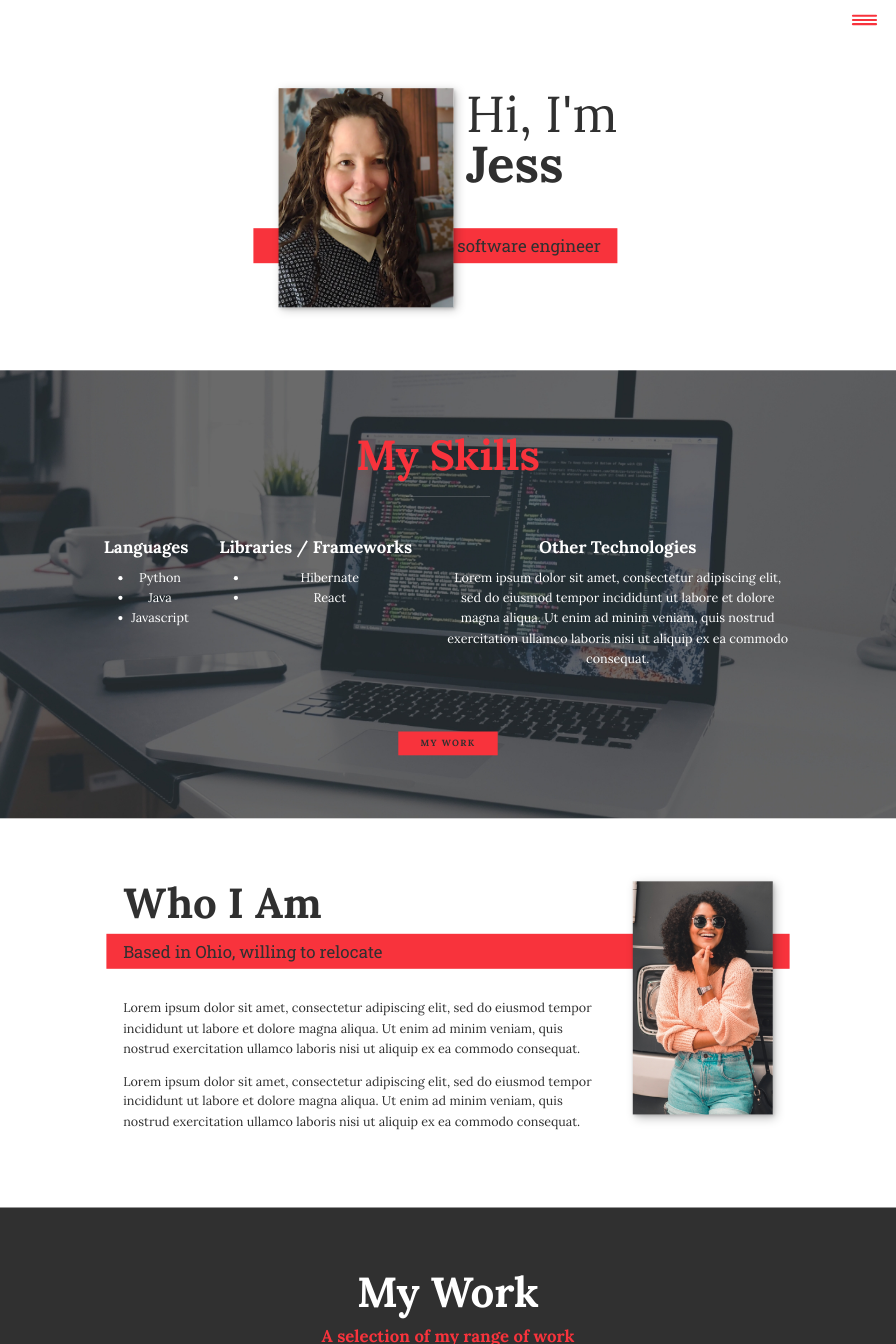
Repository: DinoDime/site
Page: index.html
These files come from the project's save history. The page is drawn as it stood at one moment and after the next save; the edit follows.
The browser window is 1280 px wide. The pictures show the part of the page from y = 0 to 1920 px (the page is 3217 px tall), at 70% of full size.
Some web libraries are served in a nearby version.

Above is the page before, as saved 2021-05-02 07:31:20.

### index.html
<!DOCTYPE html>
<html lang="en">
  <head>
    <link
      rel="stylesheet"
      href="https://cdnjs.cloudflare.com/ajax/libs/normalize/8.0.1/normalize.css"
    />
    <meta charset="UTF-8" />
    <meta name="viewport" content="width=device-width, initial-scale=1.0" />
    <title>Jess Perschke</title>
    <link
      rel="stylesheet"
      href="https://cdnjs.cloudflare.com/ajax/libs/normalize/7.0.0/normalize.min.css"
    />
    <link
      rel="stylesheet"
      href="https://cdnjs.cloudflare.com/ajax/libs/font-awesome/5.11.2/css/all.css"
      integrity="sha256-46qynGAkLSFpVbEBog43gvNhfrOj+BmwXdxFgVK/Kvc="
      crossorigin="anonymous"
    />

    <!-- Update these with your own fonts -->
    <link
      href="https://fonts.googleapis.com/css?family=Lora:400,700|Roboto+Slab:400,700&display=swap"
      rel="stylesheet"
    />

    <link rel="stylesheet" href="css/style.css" />
  </head>
  <body>
    <header>
      <button class="nav-toggle" aria-label="toggle navigation">
        <span class="hamburger"></span>
      </button>
      <nav class="nav">
        <ul class="nav__list">
          <li class="nav__item"><a href="#home" class="nav__link">Home</a></li>
          <li class="nav__item">
            <a href="#services" class="nav__link">Experience and Resume</a>
          </li>
          <li class="nav__item">
            <a href="#about" class="nav__link">About Me</a>
          </li>
          <li class="nav__item">
            <a href="#work" class="nav__link">My Work</a>
          </li>
        </ul>
      </nav>
    </header>

    <!-- Introduction -->
    <section class="intro" id="home">
      <h1 class="section__title section__title--intro">
        Hi, I'm <strong>Jess</strong>
      </h1>
      <p class="section__subtitle section__subtitle--intro">
        software engineer
      </p>
      <img
        src="img/jess.jpg"
        alt="a picture of Jess Perschke smiling"
        class="intro__img"
      />
    </section>

    <section class="my-services" id="services">
      <h2 class="section__title section__title--services">My Skills</h2>
      <div class="services">
        <div class="service">
          <h3>Languages</h3>
          <ul>
            <li>Python</li>
            <li>Java</li>
            <li>Javascript</li>
          </ul>
        </div>

        <div class="service">
          <h3>Libraries / Frameworks</h3>
          <ul>
            <li>Hibernate</li>
            <li>React</li>
          </ul>
        </div>

        <div class="service">
          <h3>Other Technologies</h3>
          <p>
            Lorem ipsum dolor sit amet, consectetur adipiscing elit, sed do
            eiusmod tempor incididunt ut labore et dolore magna aliqua. Ut enim
            ad minim veniam, quis nostrud exercitation ullamco laboris nisi ut
            aliquip ex ea commodo consequat.
          </p>
        </div>
        <!-- / service -->
      </div>
      <!-- / services -->

      <a href="#work" class="btn">My Work</a>
    </section>

    <!-- About me -->
    <section class="about-me" id="about">
      <h2 class="section__title section__title--about">Who I Am</h2>
      <class class="section__subtitle section__subtitle--about">
        Based in Ohio, willing to relocate
      </class>

      <div class="about-me__body">
        <p>
          Lorem ipsum dolor sit amet, consectetur adipiscing elit, sed do
          eiusmod tempor incididunt ut labore et dolore magna aliqua. Ut enim ad
          minim veniam, quis nostrud exercitation ullamco laboris nisi ut
          aliquip ex ea commodo consequat.
        </p>
        <p>
          Lorem ipsum dolor sit amet, consectetur adipiscing elit, sed do
          eiusmod tempor incididunt ut labore et dolore magna aliqua. Ut enim ad
          minim veniam, quis nostrud exercitation ullamco laboris nisi ut
          aliquip ex ea commodo consequat.
        </p>
      </div>

      <img
        src="img/dev-jane-02.jpg"
        alt="Jane leaning against a bus"
        class="about-me__img"
      />
    </section>

    <!-- My Work -->
    <section class="my-work" id="work">
      <h2 class="section__title section__title--work">My Work</h2>
      <p class="section__subtitle section__subtitle--work">
        A selection of my range of work
      </p>

      <div class="portfolio">
        <!-- Portfolio item 01 -->
        <a href="portfolio-item.html" class="portfolio__item">
          <img src="img/portfolio-01.jpg" alt="" class="portfolio__img" />
        </a>

        <!-- Portfolio item 02 -->
        <a href="portfolio-item.html" class="portfolio__item">
          <img src="img/portfolio-02.jpg" alt="" class="portfolio__img" />
        </a>

        <!-- Portfolio item 03 -->
        <a href="portfolio-item.html" class="portfolio__item">
          <img src="img/portfolio-03.jpg" alt="" class="portfolio__img" />
        </a>

        <!-- Portfolio item 04 -->
        <a href="portfolio-item.html" class="portfolio__item">
          <img src="img/portfolio-04.jpg" alt="" class="portfolio__img" />
        </a>

        <!-- Portfolio item 05 -->
        <a href="portfolio-item.html" class="portfolio__item">
          <img src="img/portfolio-05.jpg" alt="" class="portfolio__img" />
        </a>

        <!-- Portfolio item 06 -->
        <a href="portfolio-item.html" class="portfolio__item">
          <img src="img/portfolio-06.jpg" alt="" class="portfolio__img" />
        </a>

        <!-- Portfolio item 07 -->
        <a href="portfolio-item.html" class="portfolio__item">
          <img src="img/portfolio-07.jpg" alt="" class="portfolio__img" />
        </a>

        <!-- Portfolio item 08 -->
        <a href="#" class="portfolio__item">
          <img src="img/portfolio-08.jpg" alt="" class="portfolio__img" />
        </a>

        <!-- Portfolio item 09 -->
        <a href="#" class="portfolio__item">
          <img src="img/portfolio-09.jpg" alt="" class="portfolio__img" />
        </a>

        <!-- Portfolio item 0 0-->
        <a href="#" class="portfolio__item">
          <img src="img/portfolio-10.jpg" alt="" class="portfolio__img" />
        </a>
      </div>
    </section>

    <!-- Footer -->
    <footer class="footer">
      <!-- replace with your own email address -->
      <a href="mailto:jessicaperschke@mailbox.org" class="footer__link"
        >jessicaperschke@mailbox.org</a
      >
      <ul class="social-list">
        <li class="social-list__item">
          <a class="social-list__link" href="https://github.com">
            <i class="fab fa-github"></i>
          </a>
        </li>
      </ul>
    </footer>

    <script src="js/index.js"></script>
  </body>
</html>

### css/style.css
*,
*::before,
*::after {
    box-sizing: border-box;
}

/* Custom Properties, update these for your own design */

:root {
    --ff-primary: 'Lora', serif;
    --ff-secondary: 'Roboto Slab', serif;

    --fw-reg: 400;
    --fw-bold: 700;

    --clr-light: #fff;
    --clr-dark: #303030;
    --clr-accent: #f8333c;

    --fs-h1: 3rem;
    --fs-h2: 2.25rem;
    --fs-h3: 1.25rem;
    --fs-body: 1rem;

    --bs: 0.25em 0.25em 0.75em rgba(0,0,0,.25),
          0.125em 0.125em 0.25em rgba(0,0,0,.15);
}

@media (min-width: 800px) {
    :root {
        --fs-h1: 4.5rem;
        --fs-h2: 3.75rem;
        --fs-h3: 1.5rem;
        --fs-body: 1.125rem;
    }
}

/* General styles */

/* endable this to add smooth scrolling */
/* html {
    scroll-behavior: smooth;
} */


body {
    background: var(--clr-light);
    color: var(--clr-dark);
    margin: 0;
    font-family: var(--ff-primary);
    font-size: var(--fs-body);
    line-height: 1.6;
}

section {
    padding: 5em 2em;
}

img {
    display: block;
    max-width: 100%;
}

strong { font-weight: var(--fw-bold) }

:focus {
    outline: 3px solid var(--clr-accent);
    outline-offset: 3px;
}

/* Buttons */

.btn {
    display: inline-block;
    padding: .5em 2.5em;
    background: var(--clr-accent);
    color: var(--clr-dark);
    text-decoration: none;
    cursor: pointer;
    font-size: .8rem;
    text-transform: uppercase;
    letter-spacing: 2px;
    font-weight: var(--fw-bold);
    transition: transform 200ms ease-in-out;
}

.btn:hover {
    transform: scale(1.1);
}

/* Typography */

h1,
h2,
h3 {
    line-height: 1;
    margin: 0;
}

h1 { font-size: var(--fs-h1) }
h2 { font-size: var(--fs-h2) }
h3 { font-size: var(--fs-h3) }


.section__title {
    margin-bottom: .25em;
}

.section__title--intro {
    font-weight: var(--fw-reg);
}

.section__title--intro strong {
    display: block;
}

.section__subtitle {
    margin: 0;
    font-size: var(--fs-h3);
}

.section__subtitle--intro,
.section__subtitle--about {
    background: var(--clr-accent);
    padding: .25em 1em;
    font-family: var(--ff-secondary);
    margin-bottom: 1em;
}

.section__subtitle--work {
    color: var(--clr-accent);
    font-weight: var(--fw-bold);
    margin-bottom: 2em;
}

/* header */

header {
    display: flex;
    justify-content: space-between;
    padding: 1em;
}

.logo {
    max-width: 100px;
}

.nav {
    position: fixed;
    background: var(--clr-dark);
    color: var(--clr-light);
    top: 0;
    bottom: 0;
    left: 0;
    right: 0;
    z-index: 100;

    transform: translateX(100%);
    transition: transform 250ms cubic-bezier(.5, 0, .5, 1);
}

.nav__list {
    list-style: none;
    display: flex;
    height: 100%;
    flex-direction: column;
    justify-content: space-evenly;
    align-items: center;
    margin: 0;
    padding: 0;
}

.nav__link {
    color: inherit;
    font-weight: var(--fw-bold);
    font-size: var(--fs-h2);
    text-decoration: none;
}

.nav__link:hover {
    color: var(--clr-accent);
}

.nav-toggle {
    padding: .5em;
    background: transparent;
    border: 0;
    cursor: pointer;
    position: absolute;
    right: 1em;
    top: 1em;
    z-index: 1000;
}

.nav-open .nav {
    transform: translateX(0);
}

.nav-open .nav-toggle {
    position: fixed;
}

.nav-open .hamburger {
    transform: rotate(.625turn);
}

.nav-open .hamburger::before {
    transform: rotate(90deg) translateX(-6px);
}

.nav-open .hamburger::after {
    opacity: 0;
}






.hamburger {
    display: block;
    position: relative;
}

.hamburger,
.hamburger::before,
.hamburger::after {
    background: var(--clr-accent);
    width: 2em;
    height: 3px;
    border-radius: 1em;
    transition: transform 250ms ease-in-out;
}


.hamburger::before,
.hamburger::after {
    content: '';
    position: absolute;
    left: 0;
    right: 0;
}

.hamburger::before { top: 6px; }
.hamburger::after { bottom: 6px; }


/*  Intro section  */

.intro {
    position: relative;
}

.intro__img {
    box-shadow: var(--bs);
}

.section__subtitle--intro {
    display: inline-block;
}

@media (min-width: 600px) {
    .intro {
        display: grid;
        width: min-content;
        margin: 0 auto;
        grid-column-gap: 1em;
        grid-template-areas:
            "img title"
            "img subtitle";
        grid-template-columns: min-content max-content;
    }

    .intro__img {
        grid-area: img;
        min-width: 250px;
        position: relative;
        z-index: 2;
    }

    .section__subtitle--intro {
        align-self: start;
        grid-column: -1 / 1;
        grid-row: 2;
        text-align: right;
        position: relative;
        left: -1.5em;
        width: calc(100% + 1.5em);
    }
}



/*  My services section  */

.my-services {
    background-color: var(--clr-dark);
    background-image: url(../img/services-bg.jpg);
    background-size: cover;
    /* background-blend-mode: multiply; */
    color: var(--clr-light);
    text-align: center;
}

.section__title--services {
    color: var(--clr-accent);
    position: relative;
}

.section__title--services::after {
    content: '';
    display: block;
    width: 2em;
    height: 1px;
    margin: 0.5em auto 1em;
    background: var(--clr-light);
    opacity: 0.25;
}

.services {
    margin-bottom: 4em;
}

.service {
    max-width: 500px;
    margin: 0 auto;
}

@media (min-width: 800px) {
    .services {
        display: flex;
        max-width: 1000px;
        margin-left: auto;
        margin-right: auto;
    }

    .service + .service {
        margin-left: 2em;
    }
}


.about-me {
    max-width: 1000px;
    margin: 0 auto;
}

.about-me__img {
    box-shadow: var(--bs);
}

@media (min-width: 600px) {
    .about-me {
        display: grid;
        grid-template-columns: 1fr 200px;
        grid-template-areas:
            "title img"
            "subtitle img"
            "text img";
        grid-column-gap: 2em;
    }

    .section__title--about {
        grid-area: title;
    }

    .section__subtitle--about {
        grid-column: 1 / -1;
        grid-row: 2;
        position: relative;
        left: -1em;
        width: calc(100% + 2em);
        padding-left: 1em;
        padding-right: calc(200px + 4em);
    }

    .about-me__img {
        grid-area: img;
        position: relative;
        z-index: 2;
    }
}

/* My Work */

.my-work {
    background-color: var(--clr-dark);
    color: var(--clr-light);
    text-align: center;
}

.portfolio {
    display: grid;
    grid-template-columns: repeat(auto-fit, minmax(300px, 1fr));
}

.portfolio__item {
    background: var(--clr-accent);
    overflow: hidden;
}

.portfolio__img {
    transition:
        transform 750ms cubic-bezier(.5, 0, .5, 1),
        opacity 250ms linear;
}

.portfolio__item:focus {
    position: relative;
    z-index: 2;
}

.portfolio__img:hover,
.portfolio__item:focus .portfolio__img {
    transform: scale(1.2);
    opacity: .5;
}


/* footer */

.footer {
    background: #111;
    color: var(--clr-accent);
    text-align: center;
    padding: 2.5em 0;
    font-size: var(--fs-h3);

}

.footer a {
    color: inherit;
    text-decoration: none;
}

.footer__link {
    font-weight: var(--fw-bold);
}

.footer__link:hover,
.social-list__link:hover {
    opacity: .7;
}

.footer__link:hover {
    text-decoration: underline;
}

.social-list {
    list-style: none;
    display: flex;
    justify-content: center;
    margin: 2em 0 0;
    padding: 0;
}

.social-list__item {
    margin: 0 .5em;
}

.social-list__link {
    padding: .5em;
}


/* Individual portfolio item styles */

.portfolio-item-individual {
    padding: 0 2em 2em;
    max-width: 1000px;
    margin: 0 auto;
}

.portfolio-item-individual p {
    max-width: 600px;
    margin-left: auto;
    margin-right: auto;
}

Loaded but not shown: js/index.js (common file)

After the next save:
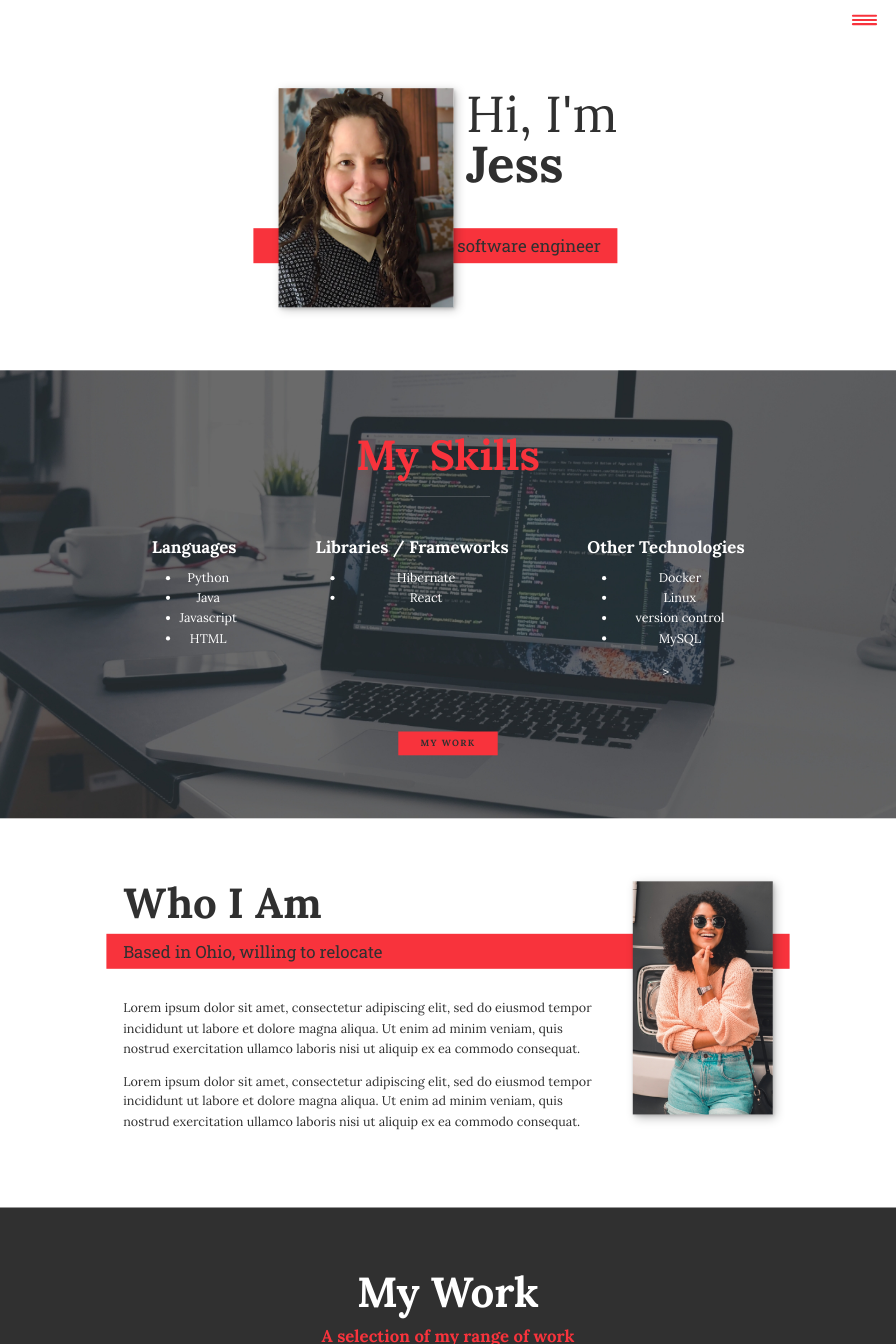
Saved 69 s later.
--- a/index.html
+++ b/index.html
@@ -72,6 +72,7 @@
             <li>Python</li>
             <li>Java</li>
             <li>Javascript</li>
+            <li>HTML</li>
           </ul>
         </div>
 
@@ -85,12 +86,13 @@
 
         <div class="service">
           <h3>Other Technologies</h3>
-          <p>
-            Lorem ipsum dolor sit amet, consectetur adipiscing elit, sed do
-            eiusmod tempor incididunt ut labore et dolore magna aliqua. Ut enim
-            ad minim veniam, quis nostrud exercitation ullamco laboris nisi ut
-            aliquip ex ea commodo consequat.
-          </p>
+          <ul>
+            <li>Docker</li>
+            <li>Linux</li>
+            <li>version control</li>
+            <li>MySQL</li>
+          </ul>
+          >
         </div>
         <!-- / service -->
       </div>
